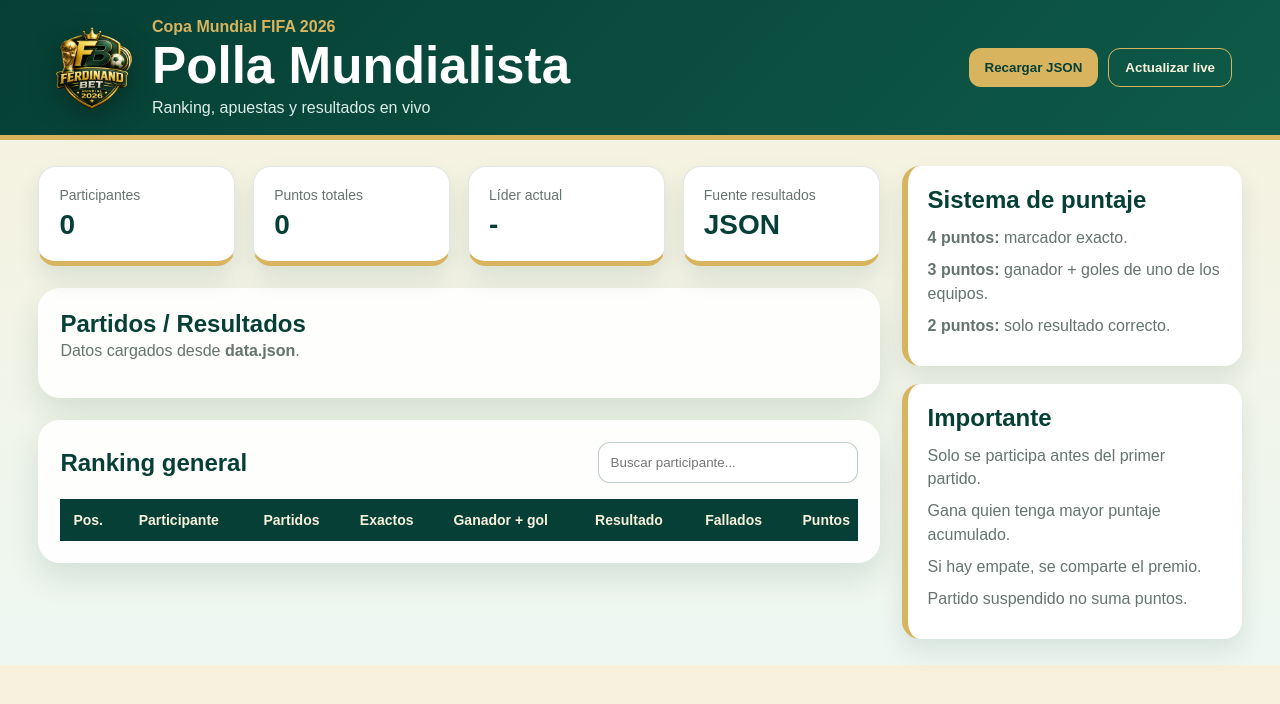
Repository: DiegoSot0/ferdinand-bet
Page: index.html
An editor plug-in stored every save of this project. The page is shown before and after the next save, followed by the edit.
The browser window is 1280 px wide. The pictures show the whole page.
The page's requests for data from a server got no answer.

Above is the page before, as saved 2026-06-11 21:29:38.

### index.html
<!DOCTYPE html>
<html lang="es">
<head>
  <meta charset="UTF-8" />
  <meta name="viewport" content="width=device-width, initial-scale=1.0" />
  <title>Ferdinand Bet | Polla Mundialista</title>
  <link rel="stylesheet" href="style.css" />
</head>

<body>
  <header class="topbar">
    <div class="brand">
      <img src="assets/logo-ferdinand-bet.png" alt="Ferdinand Bet" />
      <div>
        <span>Copa Mundial FIFA 2026</span>
        <h1>Polla Mundialista</h1>
        <p>Ranking, apuestas y resultados en vivo</p>
      </div>
    </div>

    <div class="actions">
      <button onclick="recargarJSON()">Recargar JSON</button>
      <button class="outline" onclick="cargarLive()">Actualizar live</button>
    </div>
  </header>

  <main class="layout">
    <section class="content">
      <section class="kpis">
        <article><span>Participantes</span><strong id="kpiParticipantes">0</strong></article>
        <article><span>Puntos totales</span><strong id="kpiPuntos">0</strong></article>
        <article><span>Líder actual</span><strong id="kpiLider">-</strong></article>
        <article><span>Fuente resultados</span><strong id="kpiFuente">JSON</strong></article>
      </section>

      <section class="panel">
        <div class="panel-title">
          <div>
            <h2>Partidos / Resultados</h2>
            <p id="estadoLive">Datos cargados desde <b>data.json</b>.</p>
          </div>
        </div>
        <div id="partidosGrid" class="matches"></div>
      </section>

      <section class="panel">
        <div class="panel-title">
          <h2>Ranking general</h2>
          <input id="buscar" type="search" placeholder="Buscar participante..." oninput="renderParticipantes()" />
        </div>

        <div class="table-wrap">
          <table>
            <thead>
              <tr>
                <th>Pos.</th>
                <th>Participante</th>
                <th>Partidos</th>
                <th>Exactos</th>
                <th>Ganador + gol</th>
                <th>Resultado</th>
                <th>Fallados</th>
                <th>Puntos</th>
                <th>Detalle</th>
              </tr>
            </thead>
            <tbody id="tablaParticipantes"></tbody>
          </table>
        </div>
      </section>
    </section>

    <aside class="sidebar-rules">
      <div class="rule-card">
        <h2>Sistema de puntaje</h2>
        <p><b>4 puntos:</b> marcador exacto.</p>
        <p><b>3 puntos:</b> ganador + goles de uno de los equipos.</p>
        <p><b>2 puntos:</b> solo resultado correcto.</p>
      </div>

      <div class="rule-card">
        <h2>Importante</h2>
        <p>Solo se participa antes del primer partido.</p>
        <p>Gana quien tenga mayor puntaje acumulado.</p>
        <p>Si hay empate, se comparte el premio.</p>
        <p>Partido suspendido no suma puntos.</p>
      </div>
    </aside>
  </main>

  <div class="modal" id="modalDetalle">
    <div class="modal-content">
      <div class="modal-header">
        <h2 id="modalTitulo">Detalle</h2>
        <button class="btn-close" onclick="cerrarModal('modalDetalle')">×</button>
      </div>

      <div class="detalle-resumen" id="detalleResumen"></div>

      <div class="table-wrap">
        <table>
          <thead>
            <tr>
              <th>N°</th>
              <th>Fecha</th>
              <th>Hora</th>
              <th>Partido</th>
              <th>Apuesta</th>
              <th>Real</th>
              <th>Estado</th>
              <th>Puntos</th>
            </tr>
          </thead>
          <tbody id="tablaApuestas"></tbody>
        </table>
      </div>
    </div>
  </div>

  <script src="config.js"></script>
  <script src="app.js"></script>
</body>
</html>

### style.css
:root {
  --verde-oscuro: #063f35;
  --verde: #0e5a48;
  --verde-claro: #dceee7;
  --dorado: #d8b45f;
  --crema: #f7f1dc;
  --blanco: #ffffff;
  --gris: #66736e;
  --rojo: #cf4545;
  --azul: #1f5d8f;
  --amarillo: #fff1bd;
}

* {
  box-sizing: border-box;
}

body {
  margin: 0;
  font-family: Arial, Helvetica, sans-serif;
  background: linear-gradient(180deg, var(--crema), #edf7f2);
  color: var(--verde-oscuro);
}

.topbar {
  background: linear-gradient(135deg, var(--verde-oscuro), var(--verde));
  color: white;
  border-bottom: 5px solid var(--dorado);
  padding: 18px min(5vw, 48px);
  display: flex;
  justify-content: space-between;
  align-items: center;
  gap: 18px;
}

.brand {
  display: flex;
  align-items: center;
  gap: 16px;
}

.brand img {
  width: 88px;
  height: 88px;
  object-fit: contain;
  filter: drop-shadow(0 8px 14px rgba(0, 0, 0, .3));
}

.brand span {
  color: var(--dorado);
  font-weight: bold;
}

.brand h1 {
  margin: 4px 0 0;
  font-size: clamp(28px, 4vw, 52px);
  line-height: 1;
}

.brand p {
  margin: 8px 0 0;
  color: #dceee7;
}

.actions {
  display: flex;
  gap: 10px;
  flex-wrap: wrap;
}

button {
  border: none;
  border-radius: 12px;
  padding: 11px 16px;
  background: var(--dorado);
  color: var(--verde-oscuro);
  font-weight: 800;
  cursor: pointer;
}

button:hover {
  filter: brightness(.95);
}

button.outline {
  background: transparent;
  color: var(--crema);
  border: 1px solid var(--dorado);
}

.layout {
  width: min(1480px, 94%);
  margin: 26px auto;
  display: grid;
  grid-template-columns: minmax(0, 1fr) 340px;
  gap: 22px;
  align-items: start;
}

.content {
  min-width: 0;
}

.sidebar-rules {
  position: sticky;
  top: 20px;
  display: grid;
  gap: 18px;
}

.rule-card {
  background: white;
  border-left: 6px solid var(--dorado);
  border-radius: 18px;
  padding: 20px;
  box-shadow: 0 12px 25px rgba(6, 63, 53, .10);
}

.rule-card h2 {
  margin: 0 0 12px;
  color: var(--verde-oscuro);
}

.rule-card p {
  margin: 9px 0;
  color: var(--gris);
  line-height: 1.45;
}

.kpis {
  display: grid;
  grid-template-columns: repeat(4, 1fr);
  gap: 18px;
  margin-bottom: 22px;
}

.kpis article {
  background: white;
  border: 1px solid rgba(6, 63, 53, .12);
  border-bottom: 5px solid var(--dorado);
  border-radius: 18px;
  padding: 20px;
  box-shadow: 0 12px 25px rgba(6, 63, 53, .10);
}

.kpis span {
  display: block;
  color: var(--gris);
  font-size: 14px;
}

.kpis strong {
  display: block;
  font-size: 28px;
  margin-top: 6px;
}

.panel {
  background: rgba(255, 255, 255, .92);
  border-radius: 22px;
  padding: 22px;
  box-shadow: 0 14px 32px rgba(6, 63, 53, .12);
  margin-bottom: 22px;
}

.panel-title {
  display: flex;
  justify-content: space-between;
  gap: 14px;
  align-items: center;
  margin-bottom: 16px;
}

.panel-title h2 {
  margin: 0;
}

.panel-title p {
  margin: 4px 0 0;
  color: var(--gris);
}

input {
  border: 1px solid rgba(6, 63, 53, .25);
  border-radius: 12px;
  padding: 12px;
  outline: none;
  width: 260px;
}

.matches {
  display: grid;
  grid-template-columns: repeat(auto-fit, minmax(290px, 1fr));
  gap: 16px;
}

.match-card {
  border: 1px solid rgba(6, 63, 53, .13);
  border-radius: 18px;
  overflow: hidden;
  background: linear-gradient(180deg, white, #f4fbf7);
}

.match-head {
  background: var(--verde-oscuro);
  color: var(--crema);
  padding: 12px 14px;
  display: flex;
  justify-content: space-between;
  font-weight: bold;
  font-size: 13px;
}

.match-body {
  padding: 16px;
}

.score-line {
  display: grid;
  grid-template-columns: 1fr 90px 1fr;
  align-items: center;
  gap: 12px;
}

.team {
  font-weight: 800;
  line-height: 1.2;
  overflow-wrap: normal;
  word-break: normal;
  hyphens: none;
}

.score-line .team:first-child {
  text-align: left;
}

.score-line .team:last-child {
  text-align: right;
}

.score-result,
.score-pending {
  width: 90px;
  height: 68px;
  display: flex;
  align-items: center;
  justify-content: center;
  gap: 8px;

  border: 1px solid var(--dorado);
  border-radius: 14px;
  background: var(--verde-claro);

  font-weight: 900;
  color: var(--verde-oscuro);
}

.score-result {
  font-size: 30px;
}

.score-result .dash {
  font-size: 20px;
}

.score-pending {
  font-size: 24px;
}

.status {
  margin-top: 14px;
  display: inline-flex;
  align-items: center;
  gap: 7px;
  padding: 6px 10px;
  border-radius: 999px;
  font-size: 13px;
  font-weight: 800;
}

.status-live {
  background: #ffe1e1;
  color: #cf4545;
}

.status-live::before {
  content: "";
  width: 8px;
  height: 8px;
  border-radius: 50%;
  background: #cf4545;
  animation: pulseLive 1s infinite;
}

.status-final {
  background: #dff7df;
  color: #116b28;
}

.status-pending {
  background: #fff1bd;
  color: #7a5b00;
}

@keyframes pulseLive {
  0% {
    transform: scale(1);
    opacity: 1;
  }

  50% {
    transform: scale(1.45);
    opacity: .45;
  }

  100% {
    transform: scale(1);
    opacity: 1;
  }
}

.table-wrap {
  overflow-x: auto;
}

table {
  width: 100%;
  border-collapse: collapse;
  min-width: 900px;
}

th {
  background: var(--verde-oscuro);
  color: var(--crema);
  text-align: left;
  padding: 13px;
  font-size: 14px;
}

td {
  border-bottom: 1px solid #dbe6e1;
  padding: 13px;
}

tbody tr:hover {
  background: #f2fbf7;
}

.pos {
  font-weight: 900;
  color: var(--dorado);
}

.puntos {
  font-size: 18px;
  font-weight: 900;
  color: var(--verde-oscuro);
}

.chip {
  display: inline-block;
  padding: 6px 10px;
  border-radius: 999px;
  font-size: 12px;
  font-weight: bold;
  white-space: nowrap;
}

.exacto {
  background: #dff7df;
  color: #116b28;
}

.parcial {
  background: var(--amarillo);
  color: #7a5b00;
}

.resultado {
  background: #dfefff;
  color: var(--azul);
}

.fallado {
  background: #ffe1e1;
  color: var(--rojo);
}

.pendiente {
  background: #edf1f0;
  color: var(--gris);
}

.modal {
  position: fixed;
  inset: 0;
  background: rgba(0, 0, 0, .55);
  display: none;
  align-items: center;
  justify-content: center;
  padding: 18px;
  z-index: 100;
}

.modal.show {
  display: flex;
}

.modal-content {
  width: min(1120px, 96vw);
  max-height: 88vh;
  overflow: auto;
  background: white;
  border-radius: 22px;
  padding: 22px;
  box-shadow: 0 22px 50px rgba(0, 0, 0, .35);
}

.modal-header {
  display: flex;
  justify-content: space-between;
  align-items: center;
  gap: 12px;
  border-bottom: 1px solid #e5eee9;
  padding-bottom: 12px;
  margin-bottom: 16px;
}

.modal-header h2 {
  margin: 0;
}

.btn-close {
  background: #eef5f1;
  font-size: 24px;
  line-height: 1;
  padding: 6px 12px;
}

.detalle-resumen {
  display: grid;
  grid-template-columns: repeat(5, 1fr);
  gap: 12px;
  margin-bottom: 16px;
}

.detalle-resumen div {
  background: var(--verde-claro);
  border-radius: 14px;
  padding: 13px;
}

.detalle-resumen span {
  display: block;
  color: var(--gris);
  font-size: 12px;
}

.detalle-resumen strong {
  font-size: 22px;
}

@media (max-width: 1200px) {
  .layout {
    grid-template-columns: 1fr;
  }

  .sidebar-rules {
    position: static;
    order: -1;
    grid-template-columns: 1fr 1fr;
  }
}

@media (max-width: 860px) {

  .topbar,
  .panel-title {
    flex-direction: column;
    align-items: flex-start;
  }

  .kpis,
  .detalle-resumen,
  .sidebar-rules {
    grid-template-columns: 1fr;
  }

  input {
    width: 100%;
  }
}

@media (max-width: 520px) {
  .brand img {
    width: 70px;
    height: 70px;
  }

  .matches {
    grid-template-columns: 1fr;
  }

  .score-line {
    grid-template-columns: 1fr;
    justify-items: center;
  }

  .score-line .team:first-child,
  .score-line .team:last-child {
    text-align: center;
  }
}

### config.js
window.FERDINAND_CONFIG = {
    resultadosCsv: "https://docs.google.com/spreadsheets/d/e/2PACX-1vR3XrkP-FLMbq44wVEXmiD_3TBsFVjC0eH0GOnLcb_3nECSMy4c4ar5MfYr_q1tt46fX5-lFOrltp8i/pub?gid=1226084119&single=true&output=csv",
    participantesCsv: "https://docs.google.com/spreadsheets/d/e/2PACX-1vR3XrkP-FLMbq44wVEXmiD_3TBsFVjC0eH0GOnLcb_3nECSMy4c4ar5MfYr_q1tt46fX5-lFOrltp8i/pub?gid=1036869260&single=true&output=csv",
    apuestasCsv: "https://docs.google.com/spreadsheets/d/e/2PACX-1vR3XrkP-FLMbq44wVEXmiD_3TBsFVjC0eH0GOnLcb_3nECSMy4c4ar5MfYr_q1tt46fX5-lFOrltp8i/pub?gid=335455986&single=true&output=csv",
};

### app.js
let participantes = [];
let partidos = [];

async function leerCSV(url) {
  const res = await fetch(url + "&v=" + Date.now());
  const texto = await res.text();
  return csvToObjects(texto);
}

function csvToObjects(csv) {
  const filas = csv.trim().split(/\r?\n/).map(row => row.split(","));
  const headers = filas.shift().map(h => h.trim());

  return filas.map(fila => {
    const obj = {};
    headers.forEach((h, i) => {
      obj[h] = (fila[i] ?? "").trim();
    });
    return obj;
  });
}

async function recargarJSON() {
  await cargarSheets();
}

async function cargarLive() {
  await cargarSheets();
}

async function cargarSheets() {
  try {
    const cfg = window.FERDINAND_CONFIG;

    const resultados = await leerCSV(cfg.resultadosCsv);
    const participantesSheet = await leerCSV(cfg.participantesCsv);
    const apuestasSheet = await leerCSV(cfg.apuestasCsv);

    partidos = resultados.map(r => ({
      id: Number(r.id),
      fecha: r.Fecha,
      hora: r.Hora,
      equipo1: r.Equipo1,
      equipo2: r.Equipo2,
      real1: r.Real1 === "" ? null : Number(r.Real1),
      real2: r.Real2 === "" ? null : Number(r.Real2),
      estado: r.Estado || "Pendiente"
    }));

    participantes = participantesSheet.map(p => {
      const filaApuesta = apuestasSheet.find(a => a.Participante === p.Nombre);

      return {
        id: normalizarId(p.Nombre),
        nombre: p.Nombre,
        apuestas: partidos.map(partido => {
          const l = Number(filaApuesta?.[`P${partido.id}_L`] ?? 0);
          const v = Number(filaApuesta?.[`P${partido.id}_V`] ?? 0);

          return calcularApuesta({
            partidoId: partido.id,
            goles1: l,
            goles2: v
          });
        })
      };
    });

    document.getElementById("kpiFuente").textContent = "SHEETS";
    document.getElementById("estadoLive").innerHTML = `Datos cargados desde <b>Google Sheets</b>.`;

    renderPartidos();
    renderParticipantes();

  } catch (error) {
    console.error(error);
    alert("No se pudo leer Google Sheets. Revisa que las hojas estén publicadas como CSV.");
  }
}

function normalizarId(texto) {
  return texto
    .toLowerCase()
    .normalize("NFD")
    .replace(/[\u0300-\u036f]/g, "")
    .replace(/\s+/g, "-");
}

function calcularApuesta(apuesta) {
  const partido = partidos.find(p => p.id === apuesta.partidoId);

  if (!partido || partido.real1 === null || partido.real2 === null) {
    return { ...apuesta, puntos: 0, estado: "Pendiente" };
  }

  const pred1 = Number(apuesta.goles1);
  const pred2 = Number(apuesta.goles2);
  const real1 = Number(partido.real1);
  const real2 = Number(partido.real2);

  const exacto = pred1 === real1 && pred2 === real2;
  const resultadoPred = signo(pred1 - pred2);
  const resultadoReal = signo(real1 - real2);
  const aciertaResultado = resultadoPred === resultadoReal;
  const aciertaGolEquipo1 = pred1 === real1;
  const aciertaGolEquipo2 = pred2 === real2;

  let puntos = 0;
  let estado = "Fallado";

  if (exacto) {
    puntos = 4;
    estado = "Marcador exacto";
  } else if (aciertaResultado && (aciertaGolEquipo1 || aciertaGolEquipo2)) {
    puntos = 3;
    estado = "Ganador + gol";
  } else if (aciertaResultado) {
    puntos = 2;
    estado = "Resultado";
  }

  return { ...apuesta, puntos, estado };
}

function signo(num) {
  if (num > 0) return 1;
  if (num < 0) return -1;
  return 0;
}

function resumenPersona(persona) {
  const puntos = persona.apuestas.reduce((s, a) => s + a.puntos, 0);
  const exactos = persona.apuestas.filter(a => a.estado === "Marcador exacto").length;
  const parciales = persona.apuestas.filter(a => a.estado === "Ganador + gol").length;
  const resultados = persona.apuestas.filter(a => a.estado === "Resultado").length;
  const fallados = persona.apuestas.filter(a => a.estado === "Fallado").length;

  return {
    partidos: persona.apuestas.length,
    puntos,
    exactos,
    parciales,
    resultados,
    fallados
  };
}

function renderPartidos() {
  const contenedor = document.getElementById("partidosGrid");

  contenedor.innerHTML = partidos.map(p => {
    const marcador = p.real1 === null || p.real2 === null
      ? `<div class="score-pending"><span>VS</span></div>`
      : `<div class="score-result"><span>${p.real1}</span><span class="dash">-</span><span>${p.real2}</span></div>`;

    const estado = p.estado || "Pendiente";

    return `
      <article class="match-card">
        <div class="match-head">
          <span>${p.fecha}</span>
          <span>${p.hora}</span>
        </div>

        <div class="match-body">
          <div class="score-line">
            <span class="team">${p.equipo1}</span>
            ${marcador}
            <span class="team">${p.equipo2}</span>
          </div>

          <div class="status ${getStatusClass(estado)}">${getStatusText(estado)}</div>
        </div>
      </article>
    `;
  }).join("");
}

function getStatusClass(estado) {
  const value = (estado || "").toLowerCase();

  if (value.includes("vivo")) return "status-live";
  if (value.includes("final")) return "status-final";

  return "status-pending";
}

function getStatusText(estado) {
  const value = (estado || "").toLowerCase();

  if (value.includes("vivo")) return "EN VIVO";
  if (value.includes("final")) return "FINAL";

  return "PRÓXIMO";
}

function renderParticipantes() {
  const buscar = document.getElementById("buscar").value.toLowerCase();

  const ordenados = participantes
    .filter(p => p.nombre.toLowerCase().includes(buscar))
    .map(p => ({ ...p, resumen: resumenPersona(p) }))
    .sort((a, b) => b.resumen.puntos - a.resumen.puntos);

  const tbody = document.getElementById("tablaParticipantes");

  tbody.innerHTML = ordenados.map((p, index) => `
    <tr>
      <td class="pos">#${index + 1}</td>
      <td><b>${p.nombre}</b></td>
      <td>${p.resumen.partidos}</td>
      <td>${p.resumen.exactos}</td>
      <td>${p.resumen.parciales}</td>
      <td>${p.resumen.resultados}</td>
      <td>${p.resumen.fallados}</td>
      <td class="puntos">${p.resumen.puntos}</td>
      <td><button onclick="verDetalle('${p.id}')">Ver</button></td>
    </tr>
  `).join("");

  pintarKpis(ordenados);
}

function pintarKpis(lista) {
  const totalPuntos = lista.reduce((s, p) => s + p.resumen.puntos, 0);

  document.getElementById("kpiParticipantes").textContent = lista.length;
  document.getElementById("kpiPuntos").textContent = totalPuntos;
  document.getElementById("kpiLider").textContent = lista[0]?.nombre ?? "-";
}

function verDetalle(id) {
  const persona = participantes.find(p => p.id === id);
  const resumen = resumenPersona(persona);

  document.getElementById("modalTitulo").textContent = `Apuestas de ${persona.nombre}`;

  document.getElementById("detalleResumen").innerHTML = `
    <div><span>Puntos</span><strong>${resumen.puntos}</strong></div>
    <div><span>Exactos</span><strong>${resumen.exactos}</strong></div>
    <div><span>Ganador + gol</span><strong>${resumen.parciales}</strong></div>
    <div><span>Resultado</span><strong>${resumen.resultados}</strong></div>
    <div><span>Fallados</span><strong>${resumen.fallados}</strong></div>
  `;

  document.getElementById("tablaApuestas").innerHTML = persona.apuestas.map((a, index) => {
    const p = partidos.find(x => x.id === a.partidoId);

    const clase = a.estado === "Marcador exacto" ? "exacto"
      : a.estado === "Ganador + gol" ? "parcial"
        : a.estado === "Resultado" ? "resultado"
          : a.estado === "Pendiente" ? "pendiente"
            : "fallado";

    const real = p.real1 === null || p.real2 === null
      ? "Pendiente"
      : `${p.real1} - ${p.real2}`;

    return `
      <tr>
        <td>${index + 1}</td>
        <td>${p.fecha}</td>
        <td>${p.hora}</td>
        <td><b>${p.equipo1}</b> vs <b>${p.equipo2}</b></td>
        <td>${a.goles1} - ${a.goles2}</td>
        <td>${real}</td>
        <td><span class="chip ${clase}">${a.estado}</span></td>
        <td class="puntos">${a.puntos}</td>
      </tr>
    `;
  }).join("");

  abrirModal("modalDetalle");
}

function abrirModal(id) {
  document.getElementById(id).classList.add("show");
}

function cerrarModal(id) {
  document.getElementById(id).classList.remove("show");
}

cargarSheets();

After the next save:
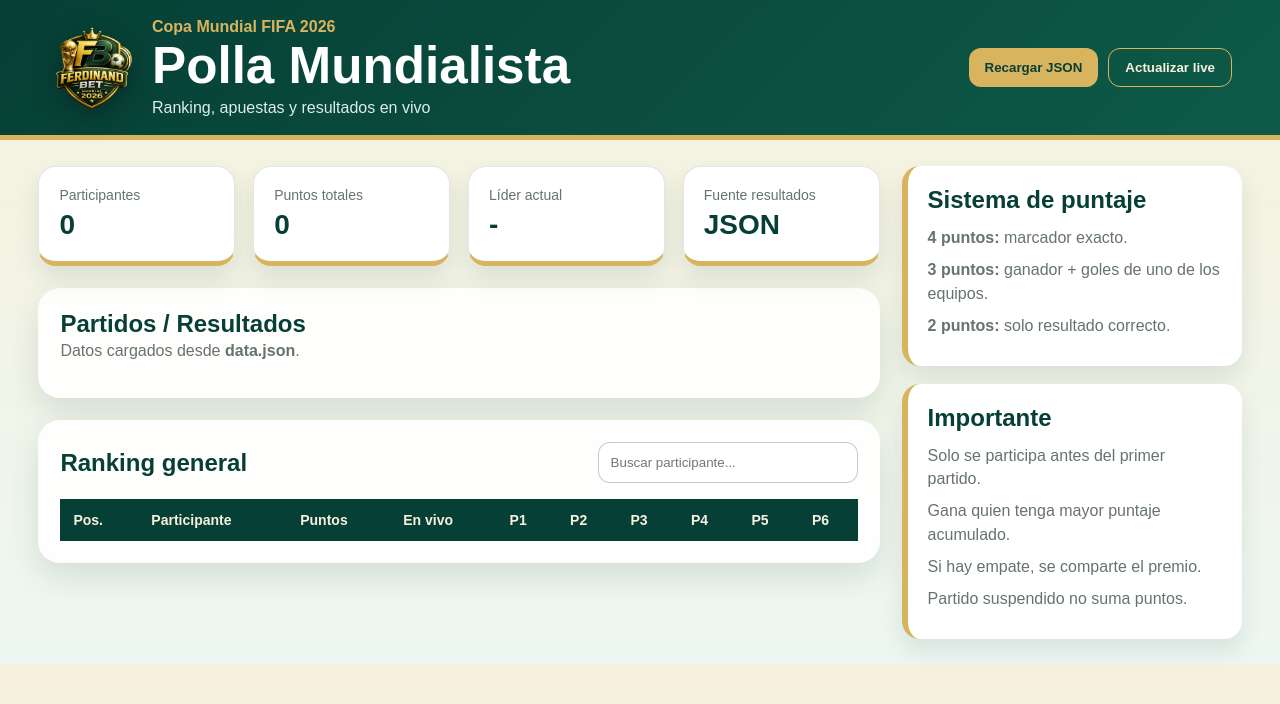
Saved 2 min 53 s later.
--- a/index.html
+++ b/index.html
@@ -1,5 +1,6 @@
 <!DOCTYPE html>
 <html lang="es">
+
 <head>
   <meta charset="UTF-8" />
   <meta name="viewport" content="width=device-width, initial-scale=1.0" />
@@ -55,12 +56,14 @@
               <tr>
                 <th>Pos.</th>
                 <th>Participante</th>
-                <th>Partidos</th>
-                <th>Exactos</th>
-                <th>Ganador + gol</th>
-                <th>Resultado</th>
-                <th>Fallados</th>
                 <th>Puntos</th>
+                <th>En vivo</th>
+                <th>P1</th>
+                <th>P2</th>
+                <th>P3</th>
+                <th>P4</th>
+                <th>P5</th>
+                <th>P6</th>
                 <th>Detalle</th>
               </tr>
             </thead>
@@ -120,4 +123,5 @@
   <script src="config.js"></script>
   <script src="app.js"></script>
 </body>
+
 </html>
